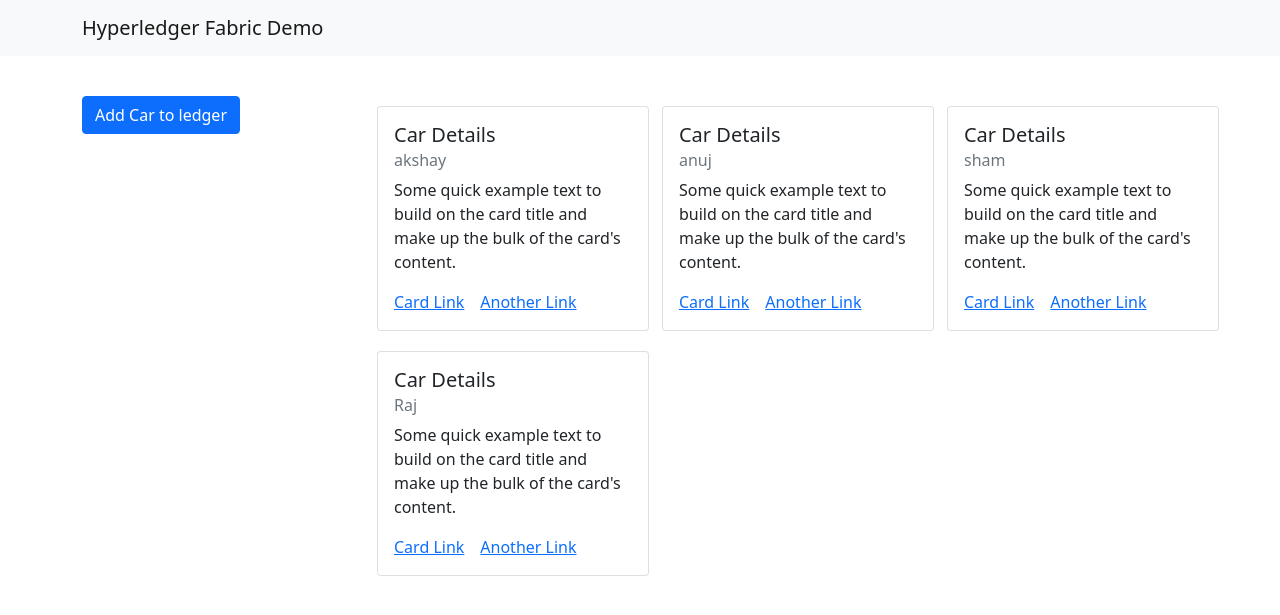
Repository: akshaykurhekar/hyperledger-asset-monetization-dapp
Page: / (app in fabcarWeb/new-ui/)
An editor plug-in stored every save of this project. The page is shown before and after the next save, followed by the edit.
The browser window is 1280 px wide. The pictures show the whole page.
The project was rebuilt for these pictures with package versions that can differ from the ones it lists, and the page was loaded fresh each time.

Above is the page before, as saved 2022-03-30 18:05:26.

After the next save:
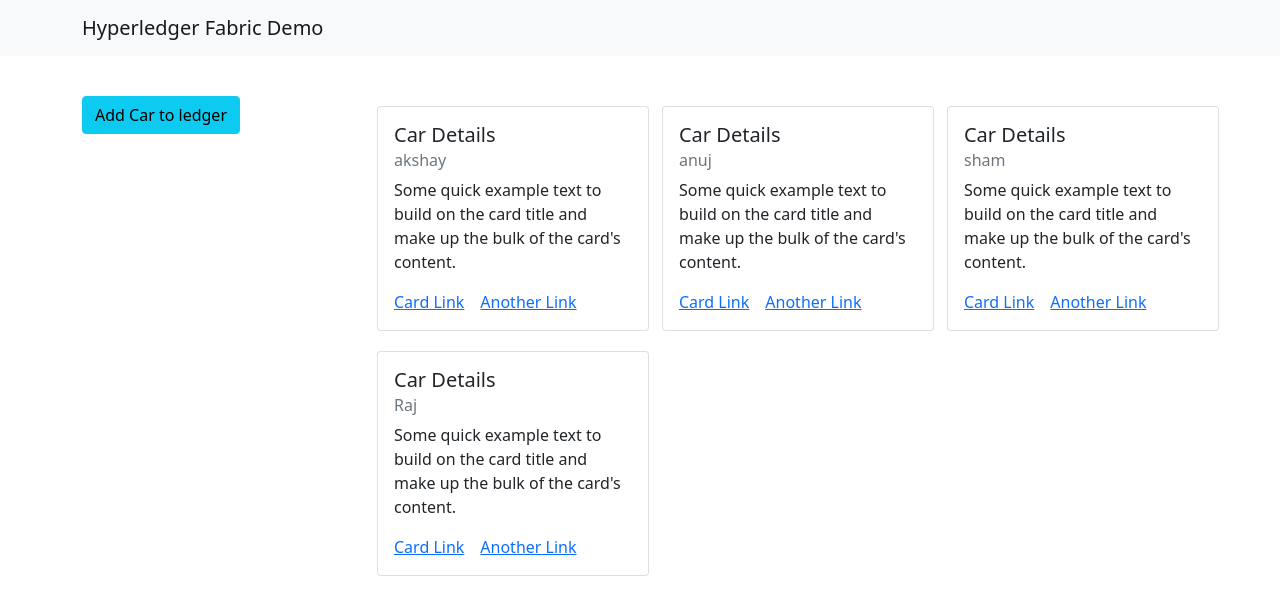
Saved 17 s later.
--- a/fabcarWeb/new-ui/src/components/model.js
+++ b/fabcarWeb/new-ui/src/components/model.js
@@ -10,7 +10,7 @@
 
     return (
        <>
-      <Button variant="primary" onClick={handleShow}>
+      <Button variant="info" onClick={handleShow}>
         Add Car to ledger
       </Button>
 
